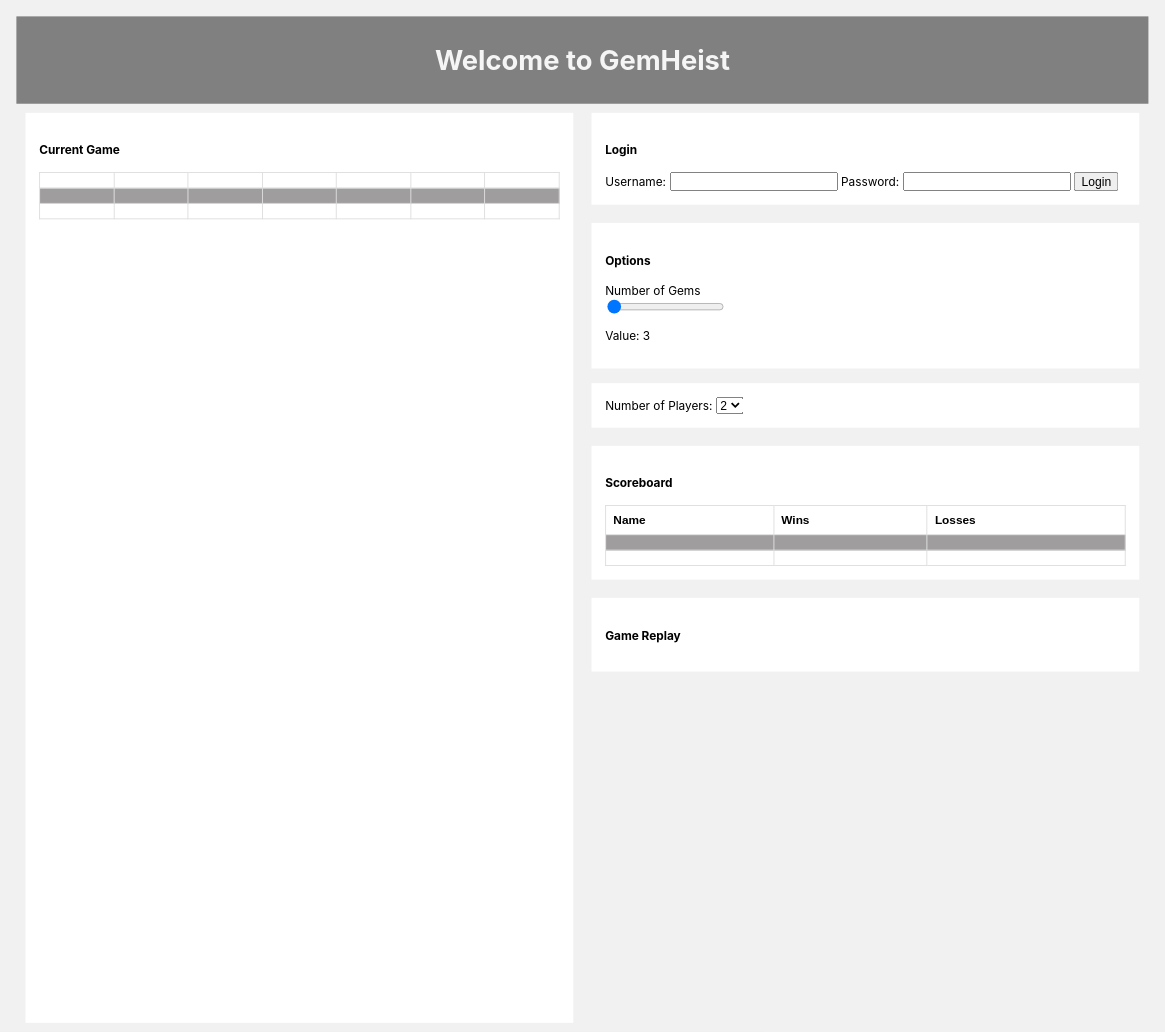
Repository: komalharjani/Gem-Heist
Page: board.html
An editor plug-in stored every save of this project. The page is shown before and after the next save, followed by the edit.
The browser window is 1280 px wide. The pictures show the whole page, at 91% of full size.

Above is the page before, as saved 2020-04-05 20:22:34.

### board.html
<!DOCTYPE html>
<html>

<head>
    <link rel="stylesheet" href="style.css">
</head>

<body>
    <!--Header-->
    <div class="header">
        <h2>Welcome to GemHeist</h2>
    </div>

    <!--Current Game-->
    <div class="centercolumn">
        <div class="card" style="height:1000px">
            <h4 id="gameTitle">Current Game</h4>
            <div class="yaks" id="game">
            </div>
        </div>
    </div>
    <!--Login -->
    <div class="centercolumn" id="scoreboard">
        <div class="card">
            <h4>Login</h4>
            <div class="yaks">
                <label for="fname">Username:</label>
                <input type="text" id="fname" name="fname">
                <label for="lname">Password:</label>
                <input type="text" id="lname" name="lname">
                <input type="submit" value="Login">
            </div>
        </div>
    </div><br>
    </div>

    <!--Options -->
    <div class="rightcolumn">
        <div class="card">
            <h4>Options</h4>
            <div class="yaks">
                <div class="slidecontainer">
                    <label for="myRange">Number of Gems</label></br>
                    <input type="range" min="3" max="20" value="3" class="slider" id="myRange">
                    <p>Value: <span id="demo"></span></p>
                </div>
            </div>
                <script>
                    var slider = document.getElementById("myRange");
                    var output = document.getElementById("demo");
                    output.innerHTML = slider.value;
                    document.getElementById("myRange").step = "3";
                    slider.oninput = function () {
                        output.innerHTML = this.value;
                    }
                </script>
            </div></br>
            <div class="card">
                <div class="yaks">
                    <label for="noPlayers">Number of Players:</label>
                    <select id="noPlayers">
                        <option value="2">2</option>
                        <option value="3">3</option>
                        <option value="4">4</option>
                        <option value="5">5</option>
                    </select>
                </div>
            </div>
    </div><br>
    </div>

    <!--Scoreboard - change to dynamic -->
    <div class="rightcolumn">
        <div class="card">
            <h4>Scoreboard</h4>
            <div class="yaks" id="scoreboard">
                <table>
                    <tr>
                        <th>Name</th>
                        <th>Wins</th>
                        <th>Losses</th>
                    </tr>
                    <tr>
                        <td> </td>
                        <td> </td>
                        <td> </td>
                    </tr>
                    <tr>
                        <td> </td>
                        <td> </td>
                        <td> </td>
                    </tr>
                </table>

            </div>
        </div>
    </div><br>
    </div>

    <!--Scoreboard -->
    <div class="rightcolumn">
        <div class="card">
            <h4>Game Replay</h4>
            <div class="yaks">
                <!--Content Here-->
            </div>
        </div>
    </div><br>
    </div>



    <!--JAVASCRIPT -->
    <script src="model_Board.js"></script>
</body>

</html>

### style.css
* {
    box-sizing: border-box;
  }

  /* Add a gray background color with some padding */
  body {
    font-family: -apple-system, BlinkMacSystemFont, 'Segoe UI', Roboto, Oxygen, Ubuntu, Cantarell, 'Open Sans', 'Helvetica Neue', sans-serif;
    padding: 10px;
    background: #f1f1f1;
    font-size: 13px;
  }
  table {
    font-family: arial, sans-serif;
    border-collapse: collapse;
    width: 100%;
  }

  td, th {
    border: 1px solid #dddddd;
    text-align: left;
    padding: 8px;
  }

  tr:nth-child(even) {
    background-color: #dddddd;
  }
  /* Header Title */
  .header {
    padding: 5px;
    font-size: 20px;
    text-align: center;
    background: grey;
    color: whitesmoke;
  }

  .login {
    width:300px;
    height:150px;
    position: fixed;
    top: 50%;
    left: 50%;
    margin-top: -125px;
    margin-left: -150px;
  }


  /* Alerts and Gems */

  .gem {
    background-color: white;
    justify-content: center;
  }

  .gem:hover {
    background-color: rgb(240, 240, 240);
  }

  .alarm {
    background-color: rgb(200, 0, 0);
  }

  .white {
    background-color: white;
  }

  .empty {
    background-color: white;
  }

  .alarm:hover {
    background-color: rgb(136, 0, 0);
  }

  /* Split Screen into Columns */

  .rightcolumn {
    float: right;
    width: 50%;
    padding: 10px;
  }

  .centercolumn {
    float: left;
    width: 50%;
    padding: 10px;
  }

  .box {
    background-color: whitesmoke;
    width: 100%;
    padding: 15px;
  }

  .voteFilter {
    background-color: black;
    width: 100%;
    padding: 15px;
  }

  .card {
     background-color: white;
     padding: 15px;
  }

  .row:after {
    content: "";
    display: table;
    clear: both;
  }

  /* Footer */
  .footer {
    padding: 20px;
    text-align: center;
    background: #ddd;
    margin-top: 20px;
  }

  /* Responsive layout - when the screen is less than 800px wide, make the two columns stack on top of each other instead of next to each other */
  @media screen and (max-width: 800px) {
    .leftcolumn, .rightcolumn {
      width: 100%;
      padding: 0;
    }
  }

  tr:nth-child(even) {
    background-color: #3b37377c;
  }

### model_Board.js
/**
 * Variables
 */
const width = 7;
var gemChar = '&#128142';
var noGems = document.getElementById("myRange").value;
height = (2 / 3 * noGems) + 1;

/**
 * Declare Arrays for Drawing Board...
 */
let currentState = new Array(height);
let count = 0;
for (let k = 0; k < currentState.length; k++) {
    currentState[k] = new Array(width);
}
console.log(currentState);

let arr = new Array(height);
for (let k = 0; k < arr.length; k++) {
    arr[k] = new Array(width);
}
/**
 * Function to Draw Board
 */
function drawBoard() {
    var table = document.createElement("table");
    for (var i = 0; i < height; i++) { //loop through height
        var row = document.createElement('tr'); //create rows for each height
        for (var j = 0; j < width; j++) { //loop through width
            var cell = document.createElement('td'); //create columns for each width
            // if (j % 2 && i % 2) { //identify gem cells
            //     cell.innerHTML = gemChar;
            //     cell.className = "gem";
            // }
            // else if (j % 2 || i % 2) { //identify alarm cells
            //     cell.className = "alarm";
            // }
            row.appendChild(cell);
        }
        table.appendChild(row);
    }
    document.body.appendChild(table);
    //console.log(arr);
    //console.log(currentState);
    console.log(currentState[1][7]);

    //display in this div
    let divContainer = document.getElementById("game");
    divContainer.innerHTML = "";
    divContainer.appendChild(table);
}
drawBoard();

// function captureAlarm() {
//     if (currentState.className == "alarm") {
//         cell.addEventListener('click', function(event){
//             this.className = "white";
//             //replay.enqueue(this);
//     })
// }
// }


//Array for Players

//Queue replay

//for logic implmeentation
//seccond array? - to know which gems to check on
//gems array - to determine score and winner -- one for each player -- consider multiple players to determine winner
//how to pass html objects as a JSON ????

// drawTable = function(currentState) {
//         var table = document.createElement('table');
//         for (var i = 0; i < currentState.length; i++) {
//             var row = document.createElement('tr');
//             for (var j = 0; j < currentState[i].length; j++) {
//                 var cell = document.createElement('td');
//                 cell.textContent = currentState[i][j];
//                 row.appendChild(cell);
//             }
//             table.appendChild(row);
//         }
//         return table;
//     }
//     let divContainer = document.getElementById("game");
//     divContainer.innerHTML = "";
//     divContainer.appendChild(table);
//     drawTable();

After the next save:
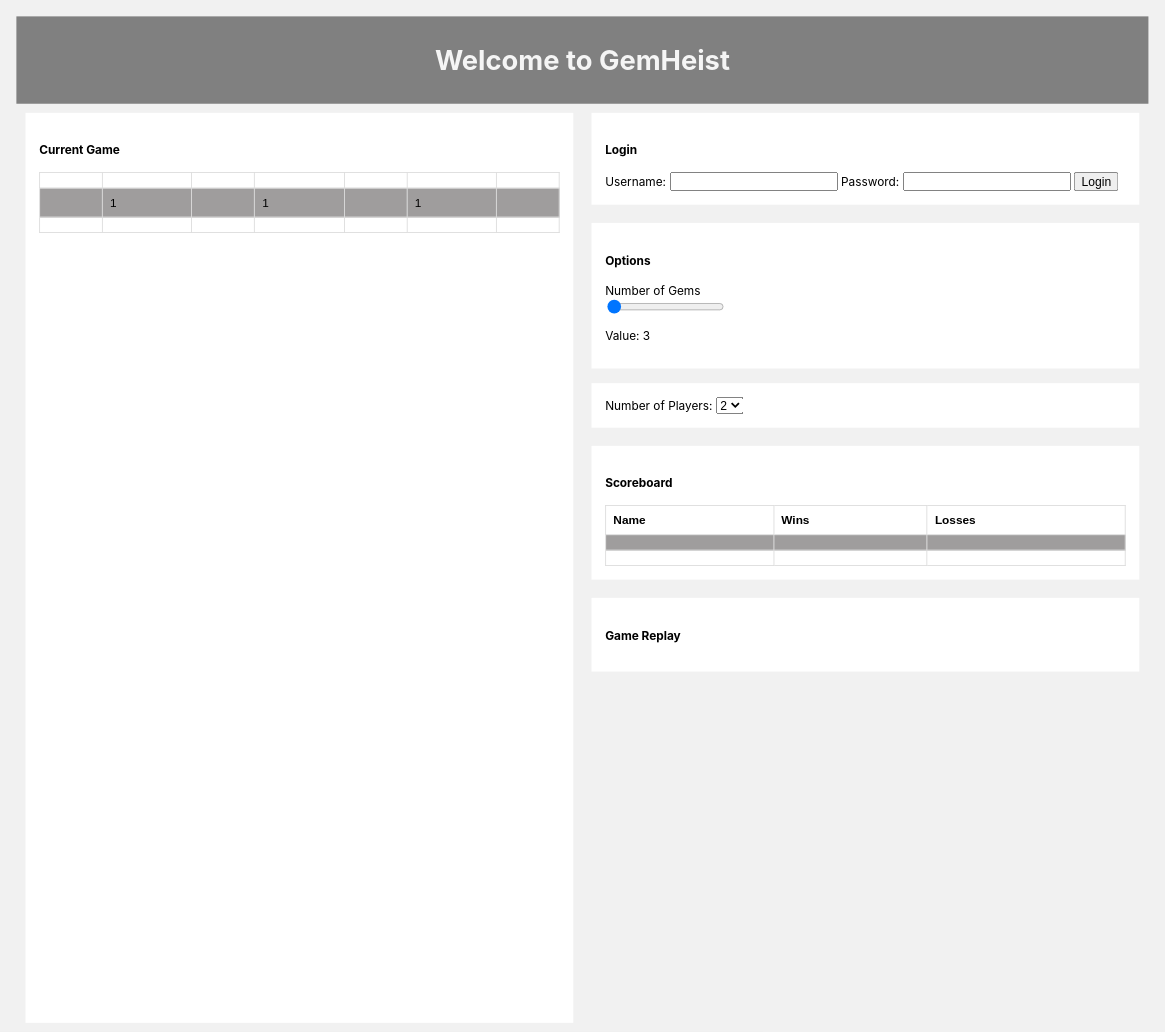
Saved 40 s later.
--- a/model_Board.js
+++ b/model_Board.js
@@ -29,10 +29,11 @@ function drawBoard() {
         var row = document.createElement('tr'); //create rows for each height
         for (var j = 0; j < width; j++) { //loop through width
             var cell = document.createElement('td'); //create columns for each width
-            // if (j % 2 && i % 2) { //identify gem cells
+            if (j % 2 && i % 2) { //identify gem cells
+                cell.innerHTML = i,j;
             //     cell.innerHTML = gemChar;
             //     cell.className = "gem";
-            // }
+            }
             // else if (j % 2 || i % 2) { //identify alarm cells
             //     cell.className = "alarm";
             // }
